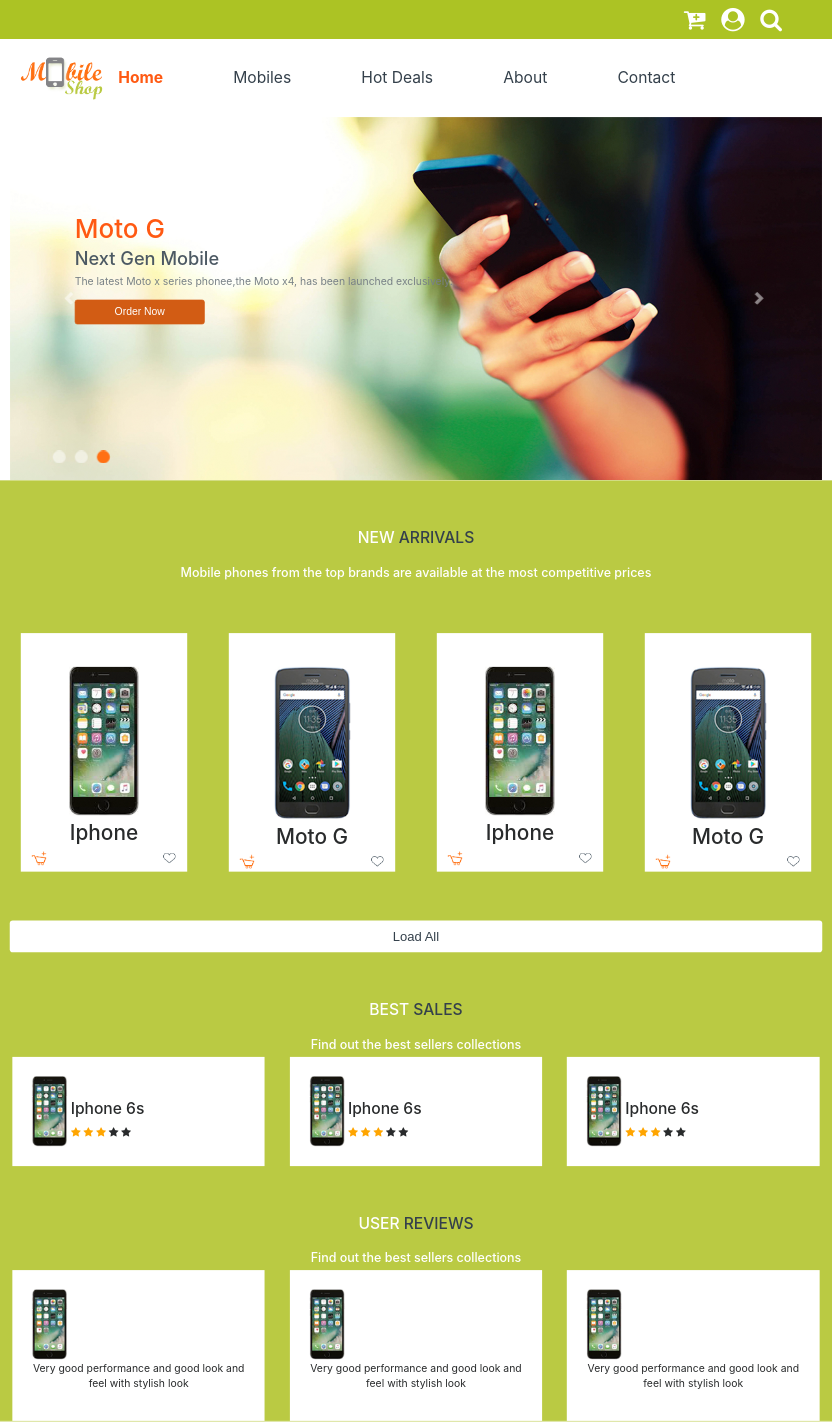
Repository: rajmohanr/mobile
Page: index.html
An editor plug-in stored every save of this project. The page is shown before and after the next save, followed by the edit.
The browser window is 1280 px wide. The pictures show the whole page, at 65% of full size.

Above is the page before, as saved 2018-04-04 22:18:20.
Console error (its wording comes from the project's code and is left out).

### index.html
<!DOCTYPE html>
<html lang="en">
  <head>
    <meta charset="utf-8">
    <meta http-equiv="X-UA-Compatible" content="IE=edge">
    <meta name="viewport" content="width=device-width, initial-scale=1">

    <title>Bootstrap 4, from LayoutIt!</title>

    <meta name="description" content="Source code generated using layoutit.com">
    <meta name="author" content="LayoutIt!">

    <link href="css/bootstrap.min.css" rel="stylesheet">
	<link href="css/style.css" rel="stylesheet">
	<link rel="stylesheet" href="https://cdnjs.cloudflare.com/ajax/libs/font-awesome/4.7.0/css/font-awesome.min.css">

  </head>
  <body>

    <div class="container-fluid">
	<div class="row">
		<div class="col-md-12">
			<div class="row">
				<div class="col-md-12 top-bar">
					<a href="#" class="top-bar-icons last-icon"><i class="fa fa-search"  style="font-size:36px;color:white;"></i></a>
					<a href="#" class="top-bar-icons"><i class="fa fa-user-circle"  style="font-size:36px;color:white;"></i></a>
					<a href="#" class="top-bar-icons"><i class="fa fa-cart-plus"  style="font-size:36px;color:white;"></i></a>
				</div>
			</div>
			<nav class="navbar navbar-toggleable-md navbar-light bg-faded">

				<button class="navbar-toggler navbar-toggler-right" type="button" data-toggle="collapse" data-target="#bs-example-navbar-collapse-1">
					<span class="navbar-toggler-icon"></span>
				</button> <a class="navbar-brand" href="#"><img src="images/logo.png" /></a>
				<div class="collapse navbar-collapse" id="bs-example-navbar-collapse-1">
					<ul class="navbar-nav float-md-right">
						<li class="nav-item active">
							 <a class="nav-link" href="#">Home <span class="sr-only">(current)</span></a>
						</li>
						<li class="nav-item">
							 <a class="nav-link" href="#">Mobiles</a>
						</li>
						<li class="nav-item">
								<a class="nav-link" href="#">Hot Deals</a>
						</li>
						<li class="nav-item">
								<a class="nav-link" href="#">About</a>
						</li>
						<li class="nav-item">
								<a class="nav-link" href="#">Contact</a>
						</li>
					</ul>
				</div>
			</nav>

			<div class="row">
				<div class="col-md-12">
					<div class="carousel slide" id="carousel-452932">
						<ol class="carousel-indicators">
							<li data-slide-to="0" data-target="#carousel-452932">
							</li>
							<li data-slide-to="1" data-target="#carousel-452932">
							</li>
							<li data-slide-to="2" data-target="#carousel-452932" class="active">
							</li>
						</ol>
						<div class="carousel-inner">
							<div class="carousel-item">
								<img class="d-block w-100" alt="Carousel Bootstrap First" src="images/carosuel.png" />
								<div class="carousel-caption">
									<h4>
										Moto G
									</h4>
									<h3>
										Next Gen Mobile
									</h3>
									<p>
										The latest Moto x series phonee,the Moto x4, has been launched exclusively.
									</p>
									<button type="button" class="btn btn-primary">Order Now</button>
								</div>
							</div>
							<div class="carousel-item">
								<img class="d-block w-100" alt="Carousel Bootstrap Second" src="images/carosuel.png" />
								<div class="carousel-caption">
									<h4>
										Moto G
									</h4>
									<h3>
										Next Gen Mobile
									</h3>
									<p>
										The latest Moto x series phonee,the Moto x4, has been launched exclusively.
									</p>
									<button type="button" class="btn btn-primary">Order Now</button>
								</div>
							</div>
							<div class="carousel-item active">
								<img class="d-block w-100" alt="Carousel Bootstrap Third" src="images/carosuel.png" />
								<div class="carousel-caption">
									<h4>
										Moto G
									</h4>
									<h3>
										Next Gen Mobile
									</h3>
									<p>
										The latest Moto x series phonee,the Moto x4, has been launched exclusively.
									</p>
									<button type="button" class="btn btn-primary">Order Now</button>
								</div>
							</div>
						</div> <a class="carousel-control-prev" href="#carousel-452932" data-slide="prev"><span class="carousel-control-prev-icon"></span> <span class="sr-only">Previous</span></a> <a class="carousel-control-next" href="#carousel-452932" data-slide="next"><span class="carousel-control-next-icon"></span> <span class="sr-only">Next</span></a>
					</div>
				</div>
			</div>

		</div>
	</div>
	<div id="middle-wrapper" class="row">
		<div class="col-md-12">
			<div id="middle-title" class="row">
				<div class="col-md-12">
					<h1 class="text-center">
							NEW <span class="text-highlight">ARRIVALS</span>
					</h1>
					<h2 class="text-center">
						Mobile phones from the top brands are available at the most competitive prices
					</h2>
				</div>
			</div>
			<div id="middle-box" class="row">
				<div class="col-md-3 middle-box-cont">

					<div class="image-section">
						<img src="images/mobile1.png" class="img-fluid" />
					</div>
					<div class="title-section">
						<h2>
							Iphone
						</h2>
					</div>
					<div class="bottom-section">
						<div class="cart-sec">
							<a href="#"><img src="images/cart.png"></a>
						</div>
						<div class="wishlist-sec">
							<a href="#"><img src="images/whishlist.png"></a>
						</div>

					</div>
				</div>
				<div class="col-md-3 middle-box-cont">

						<div class="image-section">
							<img src="images/mobile2.png" class="img-fluid" />
						</div>
						<div class="title-section">
							<h2>
								Moto G
							</h2>
						</div>
						<div class="bottom-section">
							<div class="cart-sec">
								<a href="#"><img src="images/cart.png"></a>
							</div>
							<div class="wishlist-sec">
								<a href="#"><img src="images/whishlist.png"></a>
							</div>

						</div>
					</div>
					<div class="col-md-3 middle-box-cont">

							<div class="image-section">
								<img src="images/mobile1.png" class="img-fluid" />
							</div>
							<div class="title-section">
								<h2>
									Iphone
								</h2>
							</div>
							<div class="bottom-section">
								<div class="cart-sec">
									<a href="#"><img src="images/cart.png"></a>
								</div>
								<div class="wishlist-sec">
									<a href="#"><img src="images/whishlist.png"></a>
								</div>

							</div>
						</div>
						<div class="col-md-3 middle-box-cont">

							<div class="image-section">
								<img src="images/mobile2.png" class="img-fluid" />
							</div>
							<div class="title-section">
								<h2>
									Moto G
								</h2>
							</div>
							<div class="bottom-section">
								<div class="cart-sec">
									<a href="#"><img src="images/cart.png"></a>
								</div>
								<div class="wishlist-sec">
									<a href="#"><img src="images/whishlist.png"></a>
								</div>

							</div>
						</div>
			</div>
			<div id="load-section" class="row">
				<div class="col-md-12">
					<button type="button" class="btn btn-primary btn-lg btn-block">
						Load All
					</button>
				</div>
			</div>
			<div id="middle-title" class="row">
				<div class="col-md-12">
					<h1 class="text-center">
							BEST <span class="text-highlight">SALES</span>
					</h1>
					<h2 class="text-center">
						Find out the best sellers collections
					</h2>
				</div>
			</div>
			<div id="best-arrival" class="row">
					<div class="col-md-4 inner-section">
						<img alt="mobile" src="images/thumbnailmobile.png" />
						<h2 class="text-center">
								Iphone 6s
						</h2>
						<div class="rating-section">
							<span class="fa fa-star checked"></span>
							<span class="fa fa-star checked"></span>
							<span class="fa fa-star checked"></span>
							<span class="fa fa-star"></span>
							<span class="fa fa-star"></span>
						</div>

					</div>
					<div class="col-md-4 inner-section">
						<img alt="mobile" src="images/thumbnailmobile.png"  />
						<h2 class="text-center">
								Iphone 6s
						</h2>
						<div class="rating-section">
							<span class="fa fa-star checked"></span>
							<span class="fa fa-star checked"></span>
							<span class="fa fa-star checked"></span>
							<span class="fa fa-star"></span>
							<span class="fa fa-star"></span>
						</div>
					</div>
					<div class="col-md-4 inner-section">
						<img alt="mobile" src="images/thumbnailmobile.png"  />
						<h2 class="text-center">
								Iphone 6s
						</h2>
						<div class="rating-section">
							<span class="fa fa-star checked"></span>
							<span class="fa fa-star checked"></span>
							<span class="fa fa-star checked"></span>
							<span class="fa fa-star"></span>
							<span class="fa fa-star"></span>
						</div>
					</div>
				</div>
				<div id="middle-title" class="row">
					<div class="col-md-12">
						<h1 class="text-center">
								USER <span class="text-highlight">REVIEWS</span>
						</h1>
						<h2 class="text-center">
							Find out the best sellers collections
						</h2>
					</div>
				</div>
				<div id="best-arrival" class="row">
					<div class="col-md-4 inner-section">
						<img alt="mobile" src="images/thumbnailmobile.png" />
						<p class="text-center">
							Very good performance and good look and feel with stylish look
						</p>


					</div>
					<div class="col-md-4 inner-section">
						<img alt="mobile" src="images/thumbnailmobile.png"  />
						<p class="text-center">
							Very good performance and good look and feel with stylish look
						</p>

					</div>
					<div class="col-md-4 inner-section">
						<img alt="mobile" src="images/thumbnailmobile.png"  />
						<p class="text-center">
							Very good performance and good look and feel with stylish look
						</p>

					</div>
				</div>
		</div>
	</div>
	<div class="row">
		<div class="col-md-12">
		</div>
	</div>
</div>

    <script src="js/jquery.min.js"></script>
    <script src="js/bootstrap.min.js"></script>
    <script src="js/scripts.js"></script>
  </body>
</html>

### css/style.css
.top-bar{
    height: 60px;
    background-color: #acc324;
}

.top-bar-icons{
    float: right;
    padding: 12px;
    position: relative;
}

.last-icon{
    margin-right: 50px;
}

.navbar{
    height: 120px;
    background-color: #fff;
}

.navbar-light .navbar-nav .active>.nav-link, .navbar-light .navbar-nav .nav-link.active, .navbar-light .navbar-nav .nav-link.open, .navbar-light .navbar-nav .open>.nav-link{
    color: #ff5912!important;
    font-weight: bold;
    font-size: 24px;
}

.navbar-nav .nav-link{
    padding-right: 100px!important;
}

.navbar-light .navbar-nav .nav-link{
    color: #34404b!important;
    font-size: 24px;
}

.carousel-caption{
    text-align: left!important;
    left: 100px!important;
    bottom: 0px!important;
    top:130px!important;
}

.carousel-caption h4{
    color: #ff5912!important;
    font-size: 2.5rem!important;
}

.carousel-caption h3{
    color: #4C5963!important;
}

.carousel-caption p{
    color: #788186!important;
}
.btn-primary{
    color: #fff;
    background-color: #D25C14!important;
    border-color: #D25C14!important;
    width: 200px;
}

.carousel-indicators li {
    border-radius: 12px;
    width: 20px;
    height: 20px;
    max-width: 20px!important;
    margin-right: 1%;
}
.carousel-indicators {
    margin-right: 5%!important;
    margin-left: 5%!important;
    justify-content: left!important;
}

.carousel-indicators .active {
    background-color: #FF7013!important;
}

#middle-wrapper{
    background-color: #BACA43;
}
#middle-box{
    margin-top: 75px;
    margin-bottom: 75px;
}
#middle-title h1{
    font-size: 1.5rem;
    color: #fff;
    margin-top: 75px;
}

#middle-title h2{
    font-size: 1.2rem;
    color: #fff;
    margin-top: 30px;

}

.middle-box-cont{
    background-color: #fff;
    margin-bottom:15px;
}

@media (min-width: 768px){
    .middle-box-cont {

        flex: 0 0 20%;
        max-width: 20%;
        height: 367px!important;
        padding: 2px;
        margin: 0 auto;
        position: relative;
        float: left;


    }
}
.image-section{
    text-align: center;
    margin: 50px;
    margin-bottom: 10px;
}

.title-section{
    text-align: center;
}

.bottom-section{

}

.cart-sec{
    width: 50%;
    float: left;
    padding-left: 15px;
    margin-bottom: 10px;

}

.wishlist-sec{
    width: 50%;
    float: right;
    text-align: right;
    padding-right: 15px;
    margin-bottom: 10px;
}

.text-highlight{
    color: #34404b!important;
}

#load-section{

}

#load-section .btn-primary{
    width: 100%!important;
    background-color: #fff!important;
    color: #34404b!important;
    border:none!important;
}

#best-arrival .inner-section{
    background-color: #fff;
    margin: 0 auto;
    padding:30px;
}

#best-arrival .inner-section h2{
    display: inline-block;
    font-size: 24px;
}

.checked {
    color: orange;
}

.rating-section{
    float: right;
    width: 78%;
    position: absolute;
    bottom: 40px;
    left: 90px;
}

@media (min-width: 768px){
    .inner-section {
        max-width: 30.333333%;
    }
}

Loaded but not shown: css/bootstrap.min.css (library); js/jquery.min.js (library); js/bootstrap.min.js (library); js/scripts.js (common file)

After the next save:
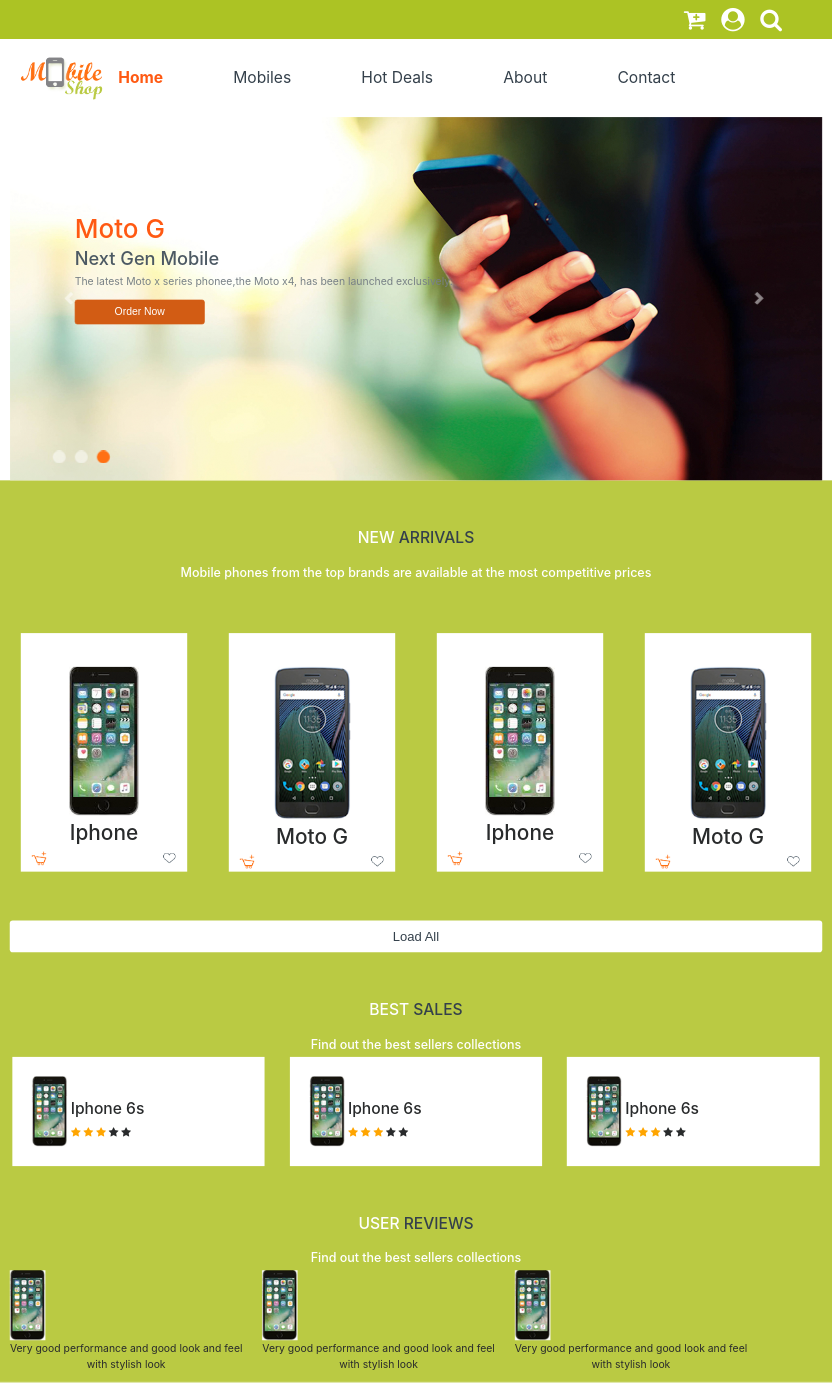
Saved 28 s later.
--- a/index.html
+++ b/index.html
@@ -280,7 +280,7 @@
 						</h2>
 					</div>
 				</div>
-				<div id="best-arrival" class="row">
+				<div id="user-review" class="row">
 					<div class="col-md-4 inner-section">
 						<img alt="mobile" src="images/thumbnailmobile.png" />
 						<p class="text-center">
